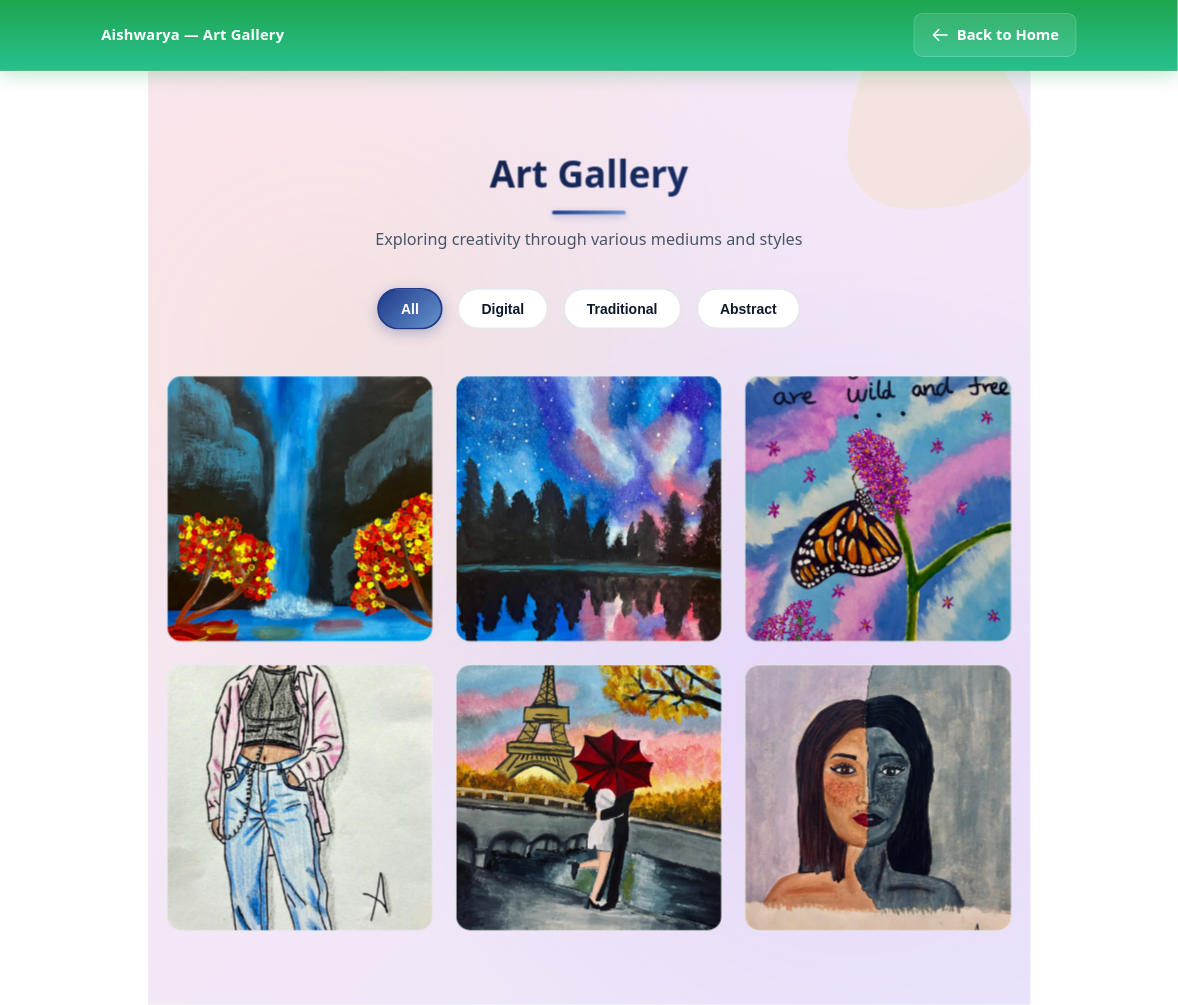
Repository: aishwarya-41/personal_portfolio
Page: /art
These files come from the project's save history. The page is drawn as it stood at one moment and after the next save; the edit follows.
The browser window is 1280 px wide. The pictures show the whole page, at 92% of full size.
The project was rebuilt for these pictures with package versions that can differ from the ones it lists, and the page was loaded fresh each time. Also part of the build but not shown: vite.config.js, src/components/Header.jsx, src/components/Hero.jsx, src/components/About.jsx, src/components/Education.jsx, src/components/Projects.jsx, src/components/Skills.jsx, src/components/Certifications.jsx and 6 more.

Above is the page before, as saved 2025-10-28 19:48:05.

### index.html
<!doctype html>
<html lang="en">
  <head>
    <meta charset="UTF-8" />

    <meta name="viewport" content="width=device-width, initial-scale=1.0" />
    <meta name="description" content="Aishwarya — Engineering Student Portfolio" />
    <title>Aishwarya | Engineering Portfolio</title>
  </head>
  <body>
    <div id="root"></div>
    <script type="module" src="/src/main.jsx"></script>
  </body>
</html>

### src/main.jsx
import { StrictMode } from 'react'
import { createRoot } from 'react-dom/client'
import { createBrowserRouter, RouterProvider } from 'react-router-dom'
import './index.css'
import App from './App.jsx'
import ProjectDetails from './projects/ProjectDetails.jsx'
import ArtPage from './pages/ArtPage.jsx'

const router = createBrowserRouter([
  {
    path: '/',
    element: <App />,
  },
  {
    path: '/projects/:projectId',
    element: <ProjectDetails />,
  },
  {
    path: '/art',
    element: <ArtPage />,
  },
])

createRoot(document.getElementById('root')).render(
  <StrictMode>
    <RouterProvider router={router} />
  </StrictMode>,
)

### src/index.css
/* reset */
* { box-sizing: border-box; }
html, body, #root { height: 100%; }

### src/pages/ArtPage.jsx
import ArtHeader from '../components/ArtHeader.jsx'
import ArtGallery from '../components/ArtGallery.jsx'
// import Footer from '../components/Footer.jsx'
import BackToTop from '../components/BackToTop.jsx'

export default function ArtPage() {
  return (
    <div className="app-container">
      <ArtHeader />
      <main>
        <ArtGallery />
      </main>
      {/* <Footer /> */}
      <BackToTop />
    </div>
  )
}

### src/components/ArtHeader.jsx
import { Link } from 'react-router-dom'

export default function ArtHeader() {
  return (
    <header className="art-header">
      <div className="nav-wrap">
        <div className="brand">
          <span className="name">Aishwarya — Art Gallery</span>
        </div>
        <nav>
          <Link to="/" className="back-btn">
            <svg xmlns="http://www.w3.org/2000/svg" fill="none" viewBox="0 0 24 24" stroke="currentColor" style={{ width: '20px', height: '20px' }}>
              <path strokeLinecap="round" strokeLinejoin="round" strokeWidth={2} d="M10 19l-7-7m0 0l7-7m-7 7h18" />
            </svg>
            Back to Home
          </Link>
        </nav>
      </div>
    </header>
  )
}

### src/components/ArtGallery.jsx
import { useState } from 'react'

const artPieces = [
  {
    id: 1,
    title: 'Digital Landscape',
    category: 'digital',
    image: '/art/art1.png',
    description: 'A beautiful digital landscape created using digital art tools.',
    year: '2024'
  },
  {
    id: 2,
    title: 'Abstract Expression',
    category: 'abstract',
    image: '/art/art2.png',
    description: 'Exploring colors and forms in abstract art.',
    year: '2023'
  },
  {
    id: 3,
    title: 'Portrait Study',
    category: 'traditional',
    image: '/art/art3.png',
    description: 'Pencil sketch portrait focusing on light and shadow.',
    year: '2024'
  },
  {
    id: 4,
    title: "Nature's Harmony",
    category: 'digital',
    image: '/art/art4.png',
    description: 'Capturing the beauty of nature through digital art.',
    year: '2023'
  },
  {
    id: 5,
    title: 'Color Symphony',
    category: 'abstract',
    image: '/art/art5.png',
    description: 'A vibrant exploration of color relationships.',
    year: '2024'
  },
  {
    id: 6,
    title: 'Watercolor Dreams',
    category: 'traditional',
    image: '/art/art6.png',
    description: 'Delicate watercolor painting with soft tones.',
    year: '2023'
  }
]

const categories = ['all', 'digital', 'traditional', 'abstract']

export default function ArtGallery() {
  const [selectedCategory, setSelectedCategory] = useState('all')
  const [selectedArt, setSelectedArt] = useState(null)
  const [isModalOpen, setIsModalOpen] = useState(false)

  const filteredArt =
    selectedCategory === 'all'
      ? artPieces
      : artPieces.filter((art) => art.category === selectedCategory)

  const openModal = (art) => {
    setSelectedArt(art)
    setIsModalOpen(true)
  }

  const closeModal = () => {
    setIsModalOpen(false)
    setTimeout(() => setSelectedArt(null), 300)
  }

  return (
    <div className="art-gallery">
      <div className="container">
        <h2 className="section-title fade-in-up">Art Gallery</h2>
        <p
          className="fade-in-up fade-in-up-delay-1"
          style={{
            textAlign: 'center',
            marginBottom: '40px',
            fontSize: '1.1rem',
            color: 'var(--muted)',
          }}
        >
          Exploring creativity through various mediums and styles
        </p>

        {/* Category Filter */}
        <div className="gallery-filters fade-in-up fade-in-up-delay-2">
          {categories.map((category) => (
            <button
              key={category}
              className={`filter-btn ${
                selectedCategory === category ? 'active' : ''
              }`}
              onClick={() => setSelectedCategory(category)}
            >
              {category.charAt(0).toUpperCase() + category.slice(1)}
            </button>
          ))}
        </div>

        {/* Art Grid */}
        <div className="art-grid fade-in-up fade-in-up-delay-3">
          {filteredArt.map((art, index) => (
            <div
              key={art.id}
              className="art-card card-3d"
              style={{ animationDelay: `${index * 0.1}s` }}
              onClick={() => openModal(art)}
            >
              <div className="art-image-wrapper">
                <img src={art.image} alt={art.title} className="art-image" />
                <div className="art-overlay">
                  <h3>{art.title}</h3>
                  <p>{art.year}</p>
                </div>
              </div>
            </div>
          ))}
        </div>
      </div>

      {/* Modal Lightbox */}
      {isModalOpen && selectedArt && (
        <div className="art-modal" onClick={closeModal}>
          <div className="modal-content" onClick={(e) => e.stopPropagation()}>
            <button className="modal-close" onClick={closeModal}>
              <svg
                xmlns="http://www.w3.org/2000/svg"
                fill="none"
                viewBox="0 0 24 24"
                stroke="currentColor"
              >
                <path
                  strokeLinecap="round"
                  strokeLinejoin="round"
                  strokeWidth={2}
                  d="M6 18L18 6M6 6l12 12"
                />
              </svg>
            </button>
            <img
              src={selectedArt.image}
              alt={selectedArt.title}
              className="modal-image"
            />
            <div className="modal-info">
              <h3>{selectedArt.title}</h3>
              <p className="modal-year">{selectedArt.year}</p>
              <p className="modal-description">{selectedArt.description}</p>
            </div>
          </div>
        </div>
      )}
    </div>
  )
}

Loaded but not shown: src/App.css (1975 lines, source omitted)

After the next save:
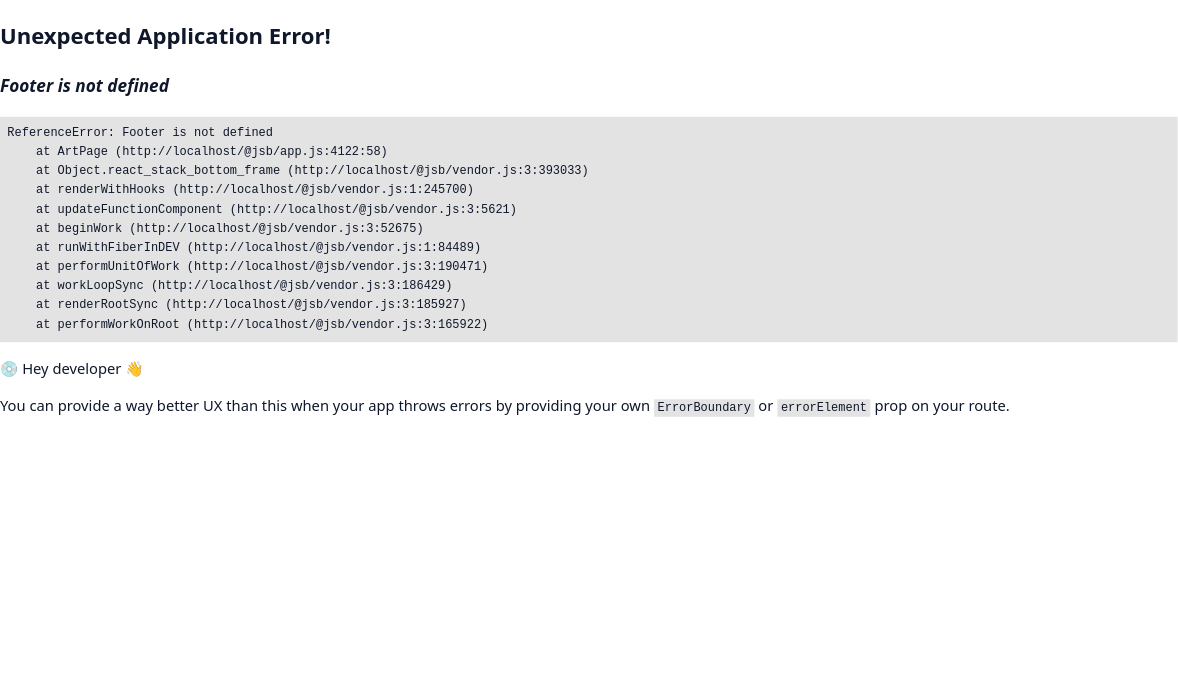
Saved 25 s later.
--- a/src/pages/ArtPage.jsx
+++ b/src/pages/ArtPage.jsx
@@ -10,7 +10,7 @@ export default function ArtPage() {
       <main>
         <ArtGallery />
       </main>
-      {/* <Footer /> */}
+      <Footer />
       <BackToTop />
     </div>
   )
